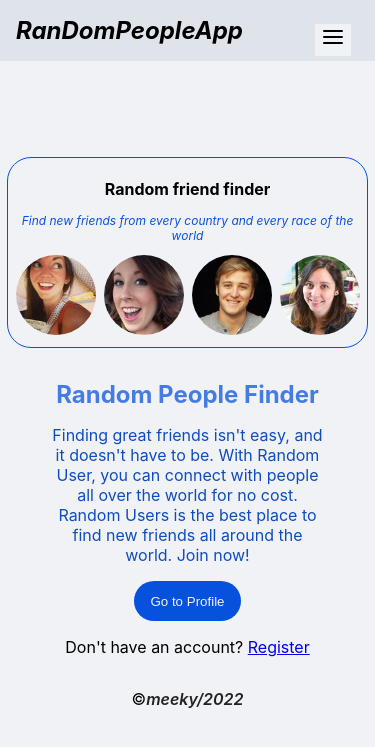
Repository: MikkyPrestige/RandomProfiles
Page: /
These files come from the project's save history. The page is drawn as it stood at one moment and after a run of saves; the edit follows.
The browser window is 375 px wide. The pictures show the whole page.
The project was rebuilt for these pictures with package versions that can differ from the ones it lists, and the page was loaded fresh each time. Also part of the build but not shown: src/components/users.jsx, src/assets/styles/search.css, src/components/search.jsx, src/assets/styles/help.css, src/components/help.jsx, src/assets/styles/about.css, src/components/about.jsx, src/assets/styles/error.css and 9 more.

Above is the page before, as saved 2022-12-07 02:47:02.

After the next 2 saves:
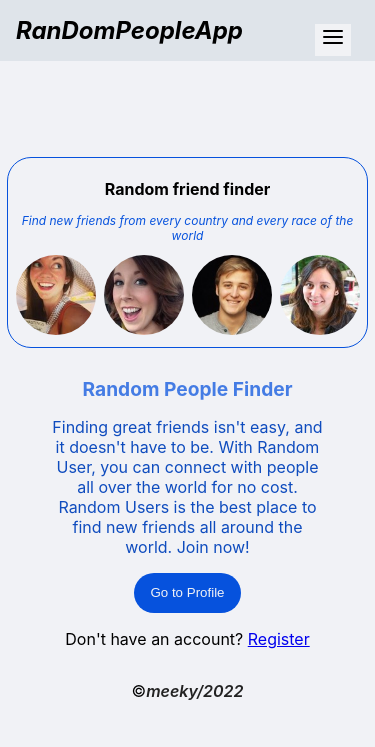
The 2 saves are shown as one change because they came seconds apart.
The last was saved 92 s later.
--- a/src/assets/styles/home.css
+++ b/src/assets/styles/home.css
@@ -101,6 +101,11 @@
   .home {
     padding: 1rem;
   }
+
+  .desc__heading {
+    font-size: 1.2rem;
+  }
+
   .home__wrapper {
     width: 100%;
   }
